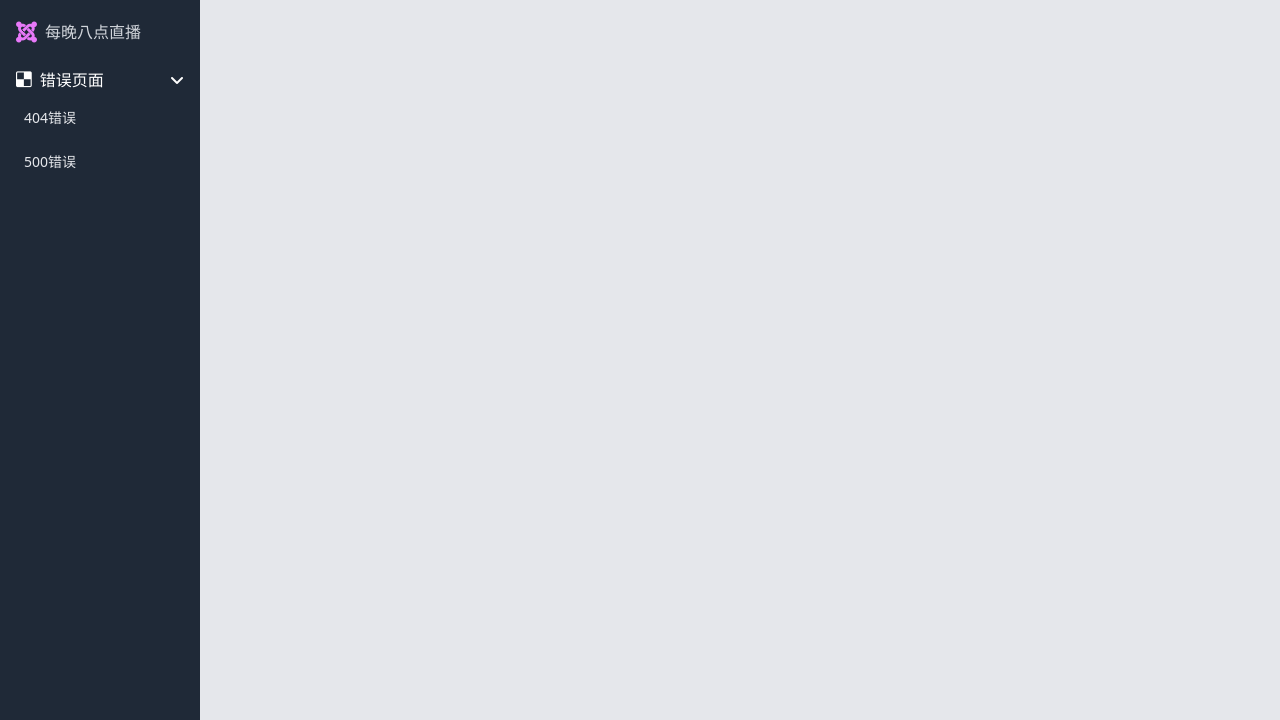
Repository: liangyingbo/vite-vue-TS
Page: /#/admin/home
The author's editor kept a copy of each file at every save. The page is drawn from the files as they stood at one save, then again after the next save.
The browser window is 1280 px wide. The pictures show the whole page.
The project was rebuilt for these pictures with package versions that can differ from the ones it lists, and the page was loaded fresh each time. Also part of the build but not shown: vite.config.ts, src/components/form/HdButton.vue, src/components/form/HdInput.vue, src/components/form/hdLink.vue, src/styles/global.scss.

Above is the page before, as saved 2022-11-18 20:08:40.

### index.html
<!DOCTYPE html>
<html lang="en">
  <head>
    <meta charset="UTF-8" />
    <link rel="icon" type="image/svg+xml" href="/vite.svg" />
    <meta name="viewport" content="width=device-width, initial-scale=1.0" />
    <link href="https://cdn.bootcdn.net/ajax/libs/font-awesome/6.2.0/css/all.css" rel="stylesheet">
    <title>Vite + Vue + TS</title>
  </head>
  <body>
    <div id="app"></div>
    <script type="module" src="/src/main.ts"></script>
  </body>
</html>

### src/main.ts
import { createApp } from 'vue'
import router, { setupRouter } from '@/router'
import { setupPlugins } from '@/plugins'
import '@/styles/global.scss'
import App from './App.vue'

async function bootstrap() {
    const app = createApp(App)
    setupRouter(app)
    setupPlugins(app)
    await router.isReady()
    app.mount('#app')
}
bootstrap()

### src/router/index.ts
import { App } from 'vue';
import { createRouter, createWebHashHistory } from 'vue-router'
import routes from './routes';
import layoutRoutes from './autoLoad';
import guard from './guard';
const router = createRouter({
    history: createWebHashHistory(),
    routes : [...routes,...layoutRoutes]
})
export function setupRouter(app:App){

    guard(router)
    app.use(router)
}

export default router;

### src/plugins/index.ts
import { App } from "vue";
import { setupTailWindCssPlugin } from "./tailwindcss";

export function setupPlugins(app: App) {
    autoRegisterComponent(app)

    setupTailWindCssPlugin()
}



function autoRegisterComponent(app: App) {
    const components = import.meta.glob('../components/form/*.vue', { eager: true })
    console.log(components)
    Object.keys(components).forEach(key => {
        const name = key.split('/').pop()?.split('.')[0] as string

        app.component(name, components[key].default)
    })
}

### src/App.vue
<script setup lang="ts">

// import {info} from '@/apis/userApi'

//const response =  info()
// console.log(response.then(res=>res.data.age))
// console.log()

 </script>

 <template>

    <router-view ></router-view>
 </template>

<style scoped>
</style>

### src/router/routes.ts
import { RouteRecordRaw } from "vue-router"
 const routes = [
    {
        path:'/home',
        name:'home',
        component:() => import("@/views/home.vue"),
    }
]  as  RouteRecordRaw[]

export default routes

### src/router/autoLoad.ts
import { RouteRecordRaw } from "vue-router";


const layout = import.meta.glob('../layouts/*.vue')
const children = import.meta.glob('../views/**/*.vue')
function getRoutes() {
    const layoutRoutes = [] as RouteRecordRaw[]
    Object.entries(layout).forEach(([file, module]) => {
        const route = getRouteByModule(file, module)
        route.children = getChildrenRoutes(route)
        layoutRoutes.push(route)
    })
    return layoutRoutes
}


// 根据布局路由匹配子路由
function getChildrenRoutes(layoutRoute: RouteRecordRaw) {
    const routes = [] as RouteRecordRaw[]
    Object.entries(children).forEach(([file, module]) => {
        if (file.includes(`../views/${layoutRoute.name as string}`)) {
            const route = getRouteByModule(file, module)
            routes.push(route)
        }
    })
    return routes
}

function getRouteByModule(file: string, module: () => Promise<unknown>) {
    const name = file.replace(/.+layouts\/|.+views\/|\.vue/gi, '')
    const route = {
        name: name.replace('/', '.'),
        path: `/${name}`,
        component: module
    } as RouteRecordRaw

    return route
}
export default getRoutes()

### src/router/guard.ts
 import { RouteLocationNormalized, Router } from "vue-router"


class Guard {
    constructor(private router: Router) { }

    public run() {
          this.router.beforeEach((to,from) =>{
            console.log(to)
             if(!this.isLogin(to)) return {name:'auth.login'}


          })
    }

    private isLogin(route:RouteLocationNormalized){
        // console.log(route.meta)
        console.log(route.meta)
        return true
    }
}

export default (router: Router) => {
    new Guard(router).run()
}

### src/plugins/tailwindcss/index.ts
import './tailwindcss.css'

export function setupTailWindCssPlugin(){

}

### src/layouts/admin.vue
<template>
    <div>
         <router-view></router-view>
    </div>
</template>
<script lang="ts" setup>
import routes from "@/router/routes";


</script>

<script lang="ts">
export default {
    route:{meta:{auth:true}}
}
</script>

<style lang="scss" scoped>

</style>

### src/views/admin/home.vue
<template>
    <div class=" admin w-screen h-screen flex ">
        <div class="w-[200px] py-2 bg-gray-800">
             <div class="text-white  flex items-center py-2 px-4">
                <i class="fab fa-joomla text-2xl text-fuchsia-400 mr-2"></i>
                <span class="text-base text-gray-300">每晚八点直播</span>
             </div>
             <div class="left-container">
                <dt class="text-white mt-3">
                    <dl class="px-4">
                       <section class="flex justify-between items-center cursor-pointer">
                        <div>
                        <i class="fab fa-delicious text-[18px]"></i>
                        <span class="ml-2 text-[16px]">错误页面</span>
                        </div>

                        <i class="fas fa-angle-down"></i>

                       </section>
                         <dd class="my-2 px-2 py-2 rounded-md text-gray-200 cursor-pointer hover:bg-violet-600 duration-300 text-sm">404错误</dd>
                        <dd class="my-2 px-2 py-2 rounded-md text-gray-200 cursor-pointer hover:bg-violet-600 duration-300 text-sm">500错误</dd>
                    </dl>
                </dt>
             </div>
        </div>
        <div class="bg-gray-200 flex-1">
            <router-view></router-view>
        </div>
    </div>
</template>

<script lang="ts" setup></script>

<style lang="scss" scoped>

</style>

Loaded but not shown: src/plugins/tailwindcss/tailwindcss.css (common file); tailwind.config.cjs (common file)

After the next save:
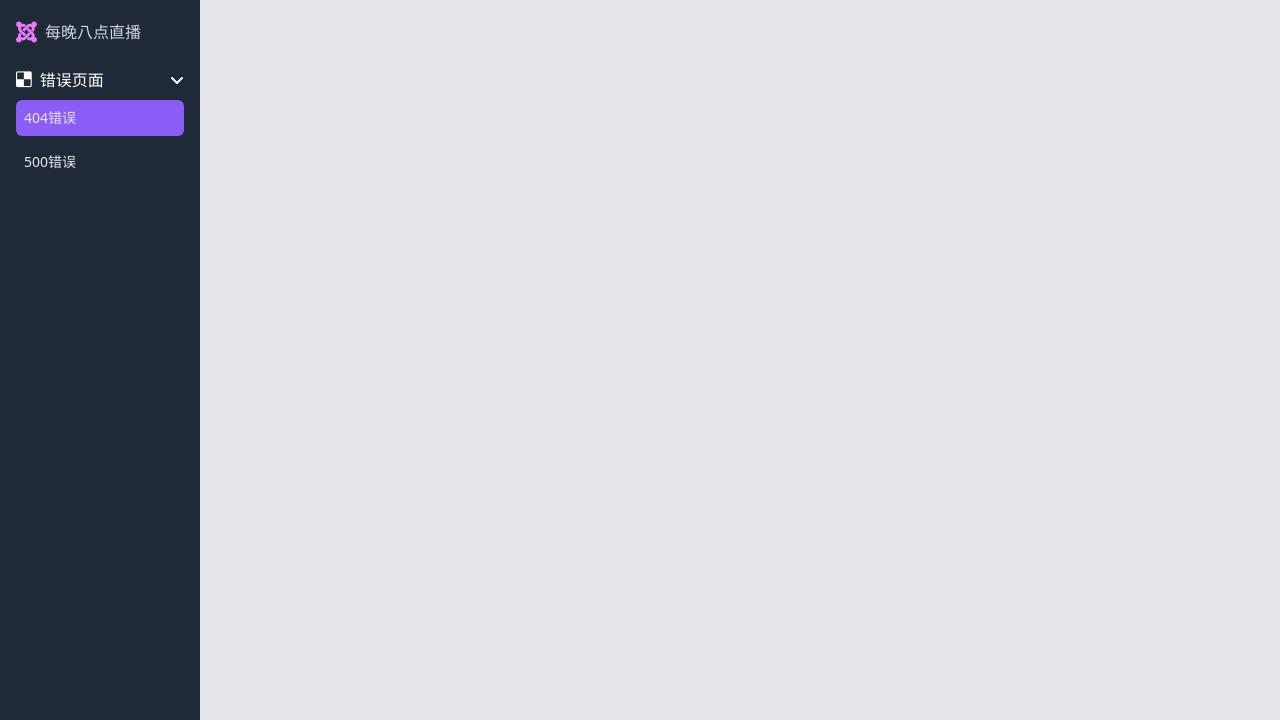
Saved 21 s later.
--- a/src/views/admin/home.vue
+++ b/src/views/admin/home.vue
@@ -17,7 +17,7 @@
                         <i class="fas fa-angle-down"></i>
 
                        </section>
-                         <dd class="my-2 px-2 py-2 rounded-md text-gray-200 cursor-pointer hover:bg-violet-600 duration-300 text-sm">404错误</dd>
+                         <dd class="my-2 px-2 py-2 bg-violet-500  rounded-md text-gray-200 cursor-pointer hover:bg-violet-600 duration-300 text-sm">404错误</dd>
                         <dd class="my-2 px-2 py-2 rounded-md text-gray-200 cursor-pointer hover:bg-violet-600 duration-300 text-sm">500错误</dd>
                     </dl>
                 </dt>
